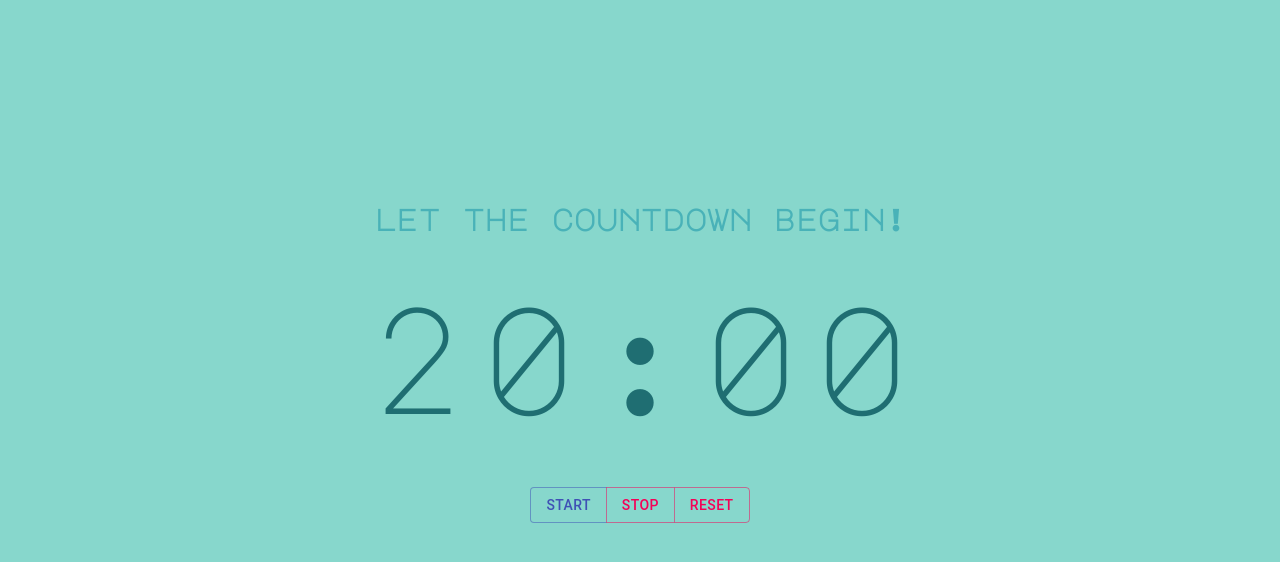
Repository: realistmccoy/pomodoro
Page: /
The author's editor kept a copy of each file at every save. The page is drawn from the files as they stood at one save, then again after the next save.
The browser window is 1280 px wide. The pictures show the whole page.
The project was rebuilt for these pictures with package versions that can differ from the ones it lists, and the page was loaded fresh each time.

Above is the page before, as saved 2020-12-10 00:45:16.

After the next save:
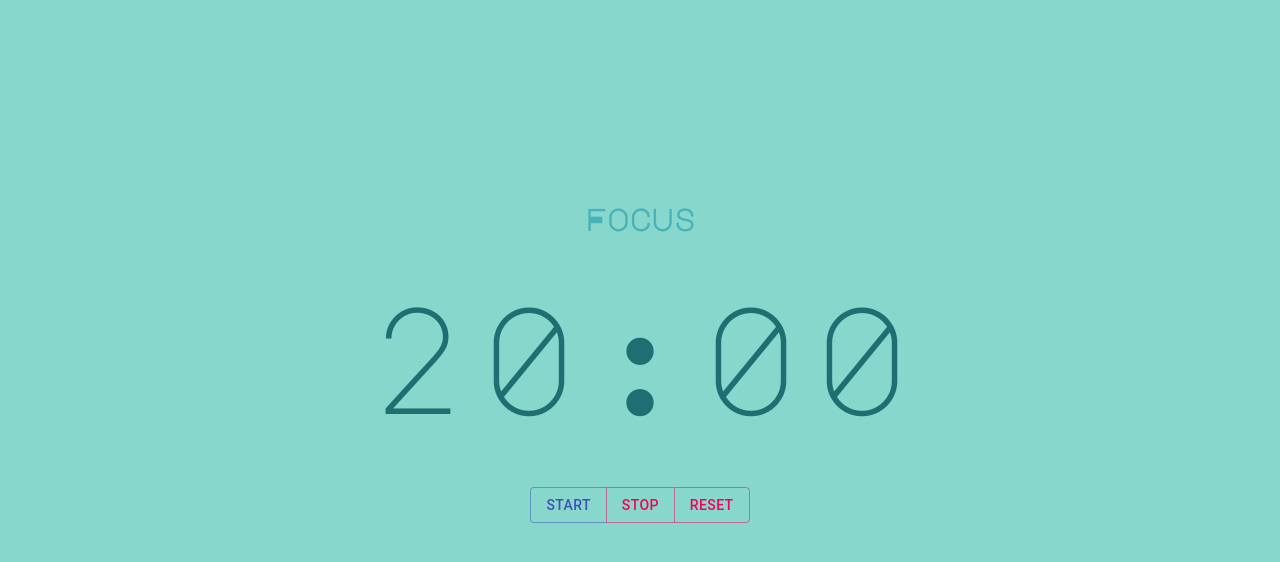
Saved 101 s later.
--- a/src/App.js
+++ b/src/App.js
@@ -7,7 +7,7 @@ function padTime(time) {
 }
 
 export default function App() {
-	const [title, setTitle] = useState('let the countdown begin!');
+	const [title, setTitle] = useState('Focus');
 	const [timeLeft, setTimeLeft] = useState(20 * 60);
 	const intervalRef = useRef(null);
 
